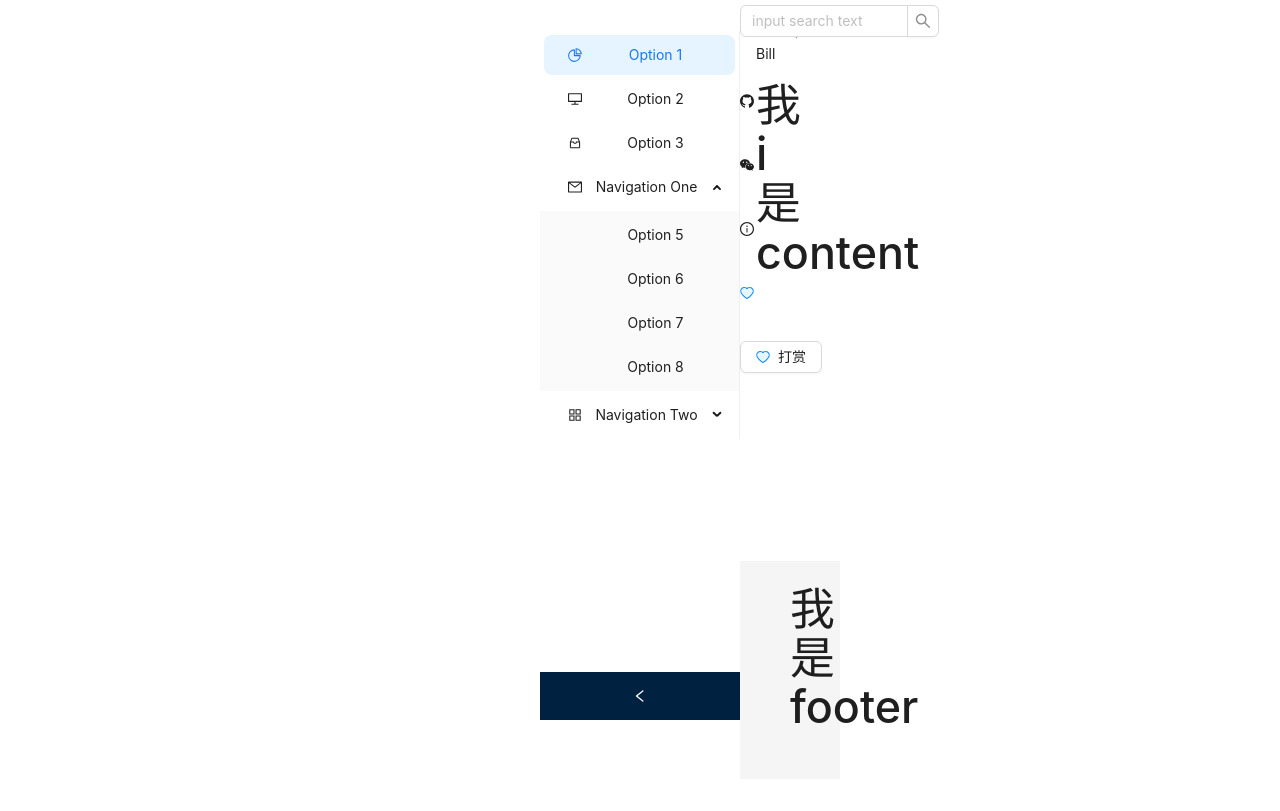
Repository: chenyl8848/chen-tool-collection
Page: /
The author's editor kept a copy of each file at every save. The page is drawn from the files as they stood at one save, then again after the next save.
The browser window is 1280 px wide. The pictures show the whole page.
The project was rebuilt for these pictures with package versions that can differ from the ones it lists, and the page was loaded fresh each time. Also part of the build but not shown: vite.config.ts, src/components/HelloWorld.vue.

Above is the page before, as saved 2024-01-09 11:35:10.

After the next save:
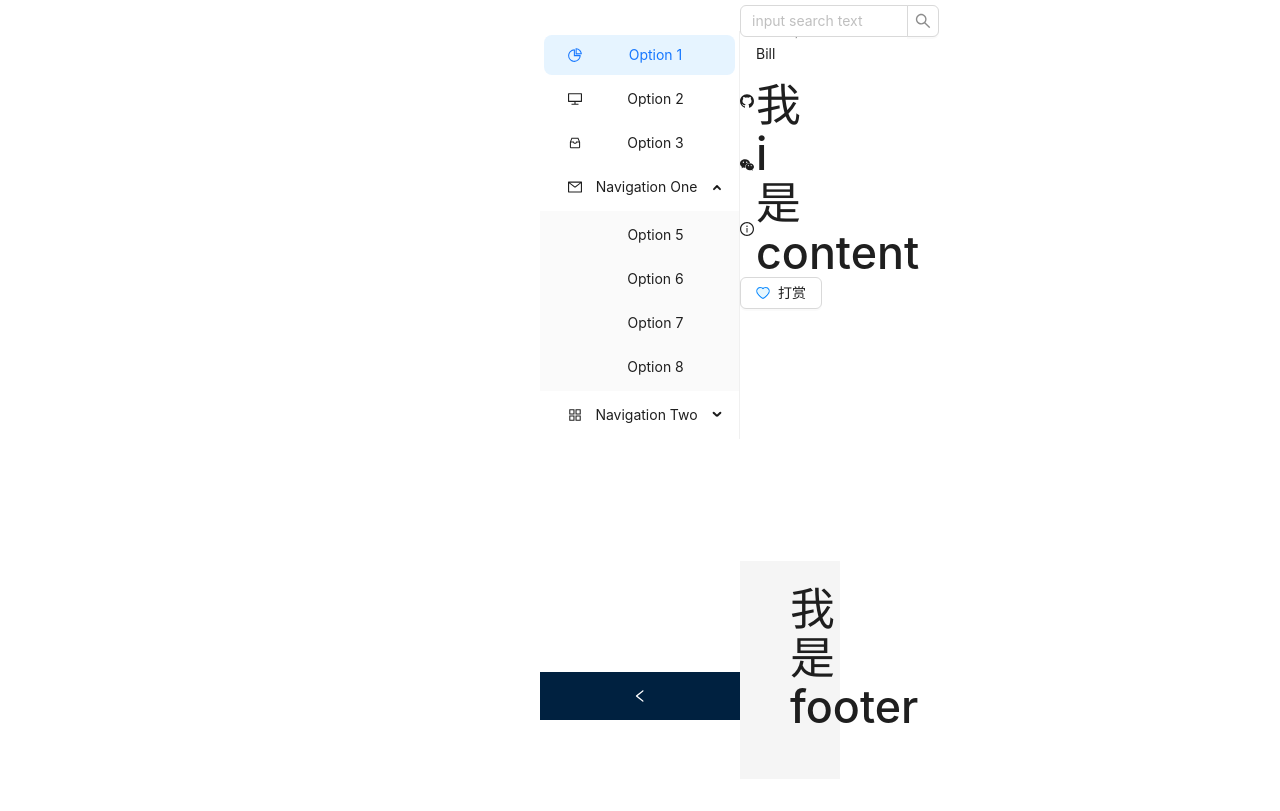
Saved 107 s later.
--- a/src/layout/header/index.vue
+++ b/src/layout/header/index.vue
@@ -16,7 +16,6 @@
     <github-outlined />
     <wechat-outlined />
     <info-circle-outlined />
-    <heart-two-tone />
     <a-button :icon="h(HeartTwoTone)" href="https://www.google.com" >打赏</a-button>
   </div>
 </template>

After the save that followed:
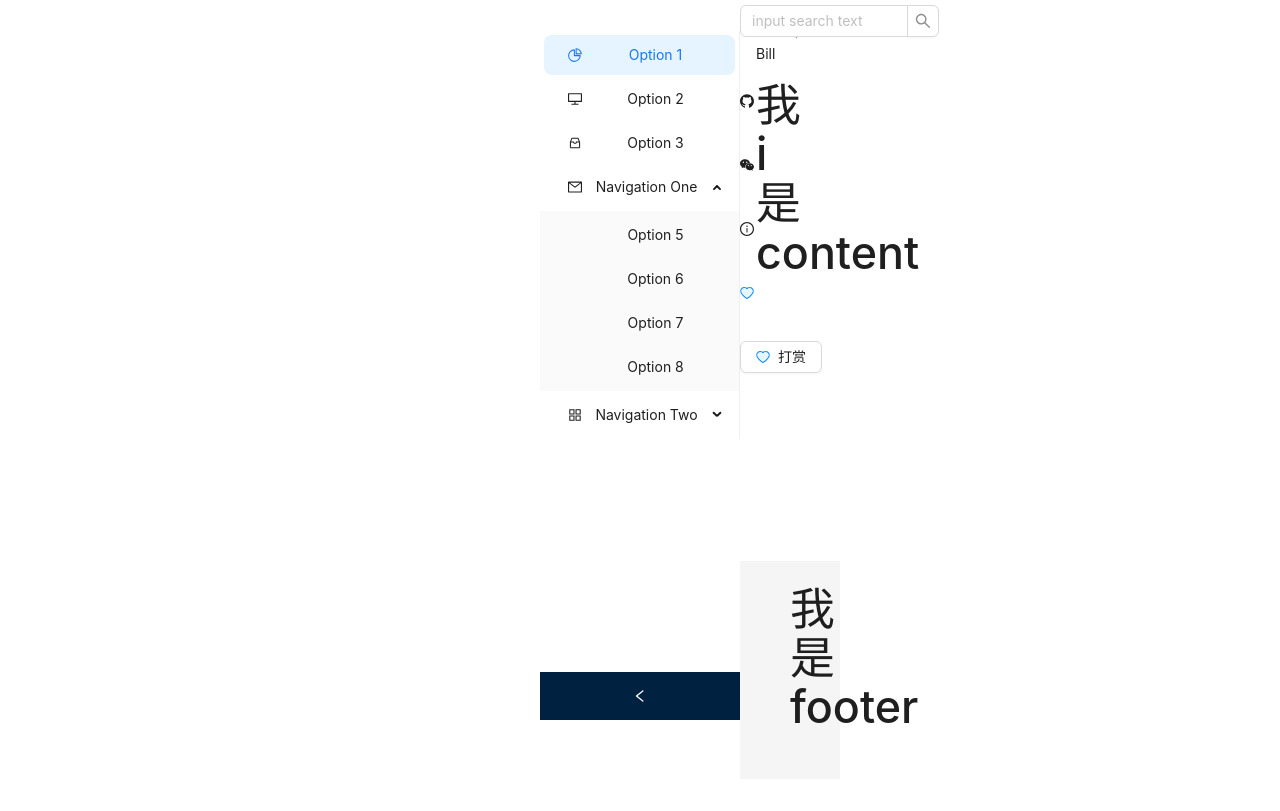
Saved 45 s later.
--- a/src/layout/header/index.vue
+++ b/src/layout/header/index.vue
@@ -16,6 +16,7 @@
     <github-outlined />
     <wechat-outlined />
     <info-circle-outlined />
+    <heart-two-tone />
     <a-button :icon="h(HeartTwoTone)" href="https://www.google.com" >打赏</a-button>
   </div>
 </template>
